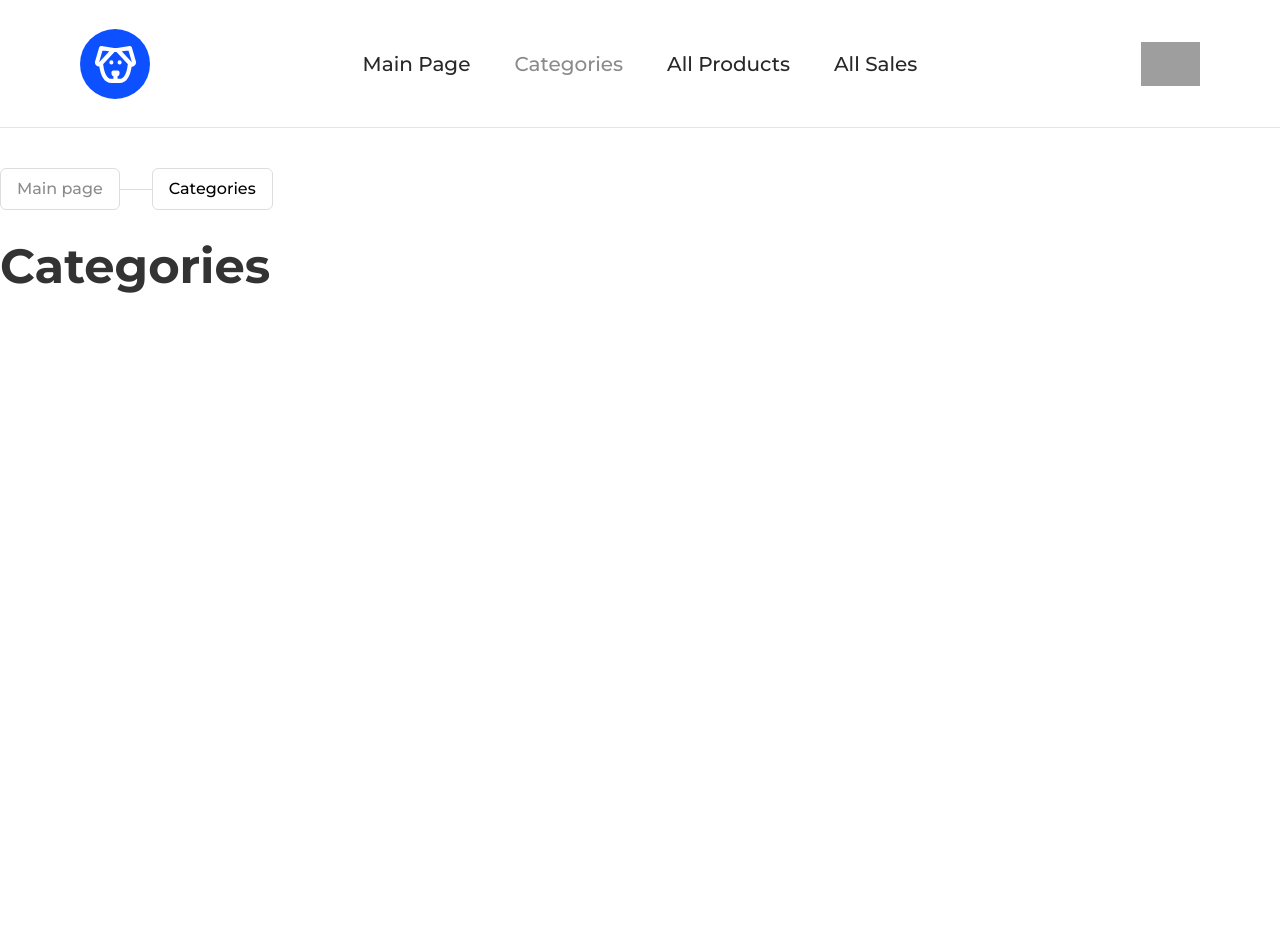
Repository: jursylian/PET-INTERNET-SHOP-PROJECT
Page: /categories
These files come from the project's save history. The page is drawn as it stood at one moment and after the next save; the edit follows.
The browser window is 1280 px wide. The pictures show the part of the page from y = 0 to 952 px (the page is 1912 px tall).
Pictures or frames that could not be fetched are drawn as grey boxes. The page's requests for data from a server got no answer. The project was rebuilt for these pictures with package versions that can differ from the ones it lists, and the page was loaded fresh each time. No one was signed in, and anything a server would have sent is missing. Also part of the build but not shown: vite.config.js, src/pages/Categories/Categories.module.css, src/pages/Categories/Categories.jsx, src/components/PromoBanner/PromoBanner.module.css, src/components/PromoBanner/PromoBanner.jsx, src/ui/Input/Input.module.css, src/ui/Input/Input.jsx, src/ui/Button/Button.module.css and 32 more.

Above is the page before, as saved 2025-11-06 14:11:57.

After the next save:
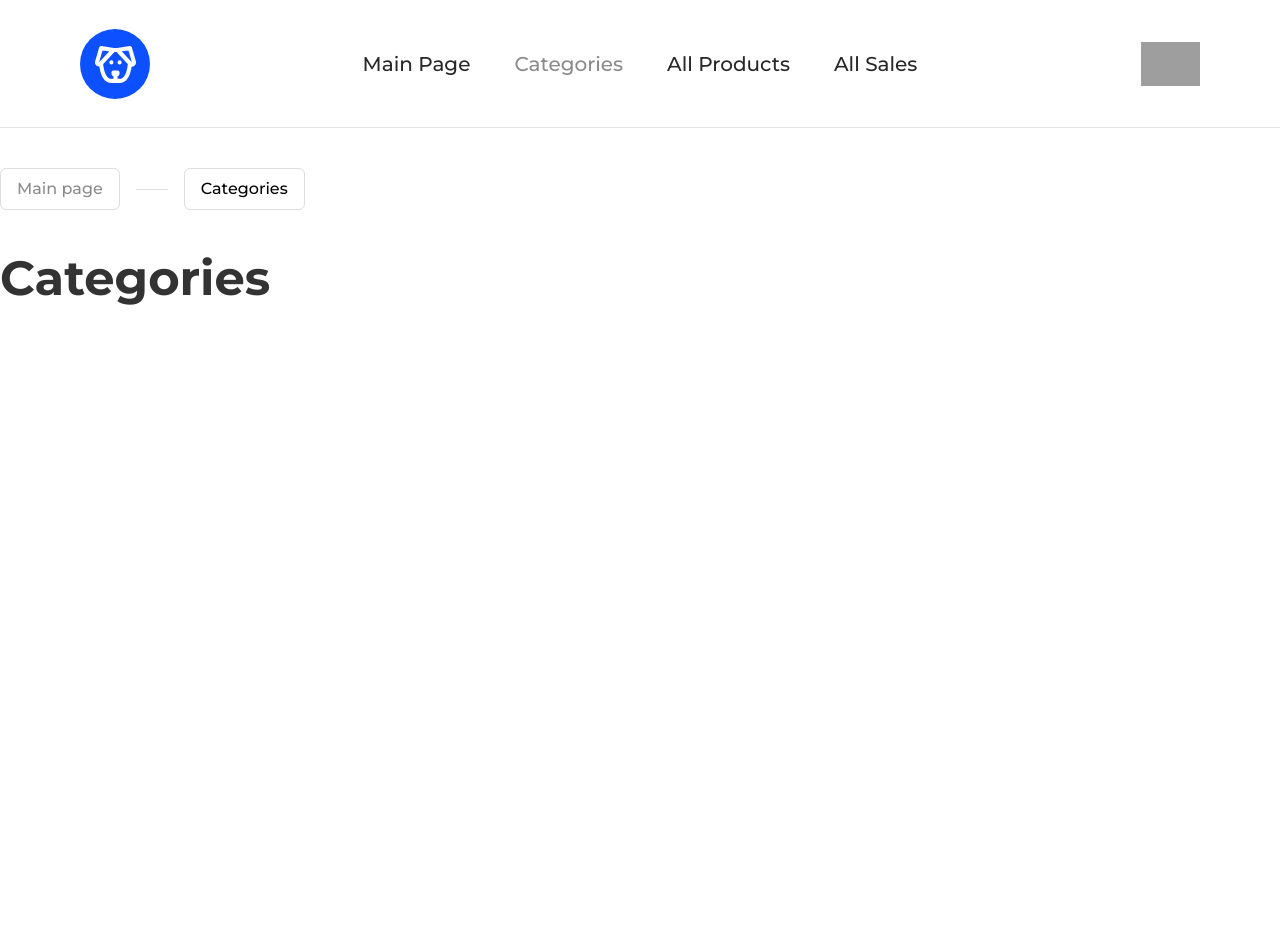
Saved 4 min 53 s later.
--- a/src/pages/CategoriesAll/CategoriesAll.jsx
+++ b/src/pages/CategoriesAll/CategoriesAll.jsx
@@ -3,7 +3,8 @@ import axios from "axios";
 import { Link } from "react-router-dom";
 import styles from "./CategoriesAll.module.css";
 import PageSection from "../../layouts/PageSection/PageSection";
-const Categories = () => {
+
+const CategoriesAll = () => {
   const [categories, setCategories] = useState([]);
 
   useEffect(() => {
@@ -11,19 +12,26 @@ const Categories = () => {
       .get("http://localhost:3333/categories/all")
       .then((res) => setCategories(res.data))
       .catch((err) => console.error("Error loading categories", err));
-  });
+  }, []); // ✅ добавил пустой массив зависимостей, чтобы не было бесконечного запроса
+
   return (
     <PageSection>
-      <div className={styles.tabs}>
+      {/* BREADCRUMBS */}
+      <div className={`${styles.tabs} ${styles.breadcrumb}`}>
         <Link to="/" className={styles.tab}>
           Main page
         </Link>
+
         <div className={styles.connector}></div>
 
+        {/* Активная страница */}
         <span className={`${styles.tab} ${styles.active}`}>Categories</span>
       </div>
 
+      {/* TITLE */}
       <h1 className={styles.pageTitle}>Categories</h1>
+
+      {/* CATEGORY GRID */}
       <div className={styles.grid}>
         {categories.map(({ id, title, image }) => (
           <Link to={`/categories/${id}`} key={id} className={styles.card}>
@@ -40,4 +48,4 @@ const Categories = () => {
   );
 };
 
-export default Categories;
+export default CategoriesAll;
